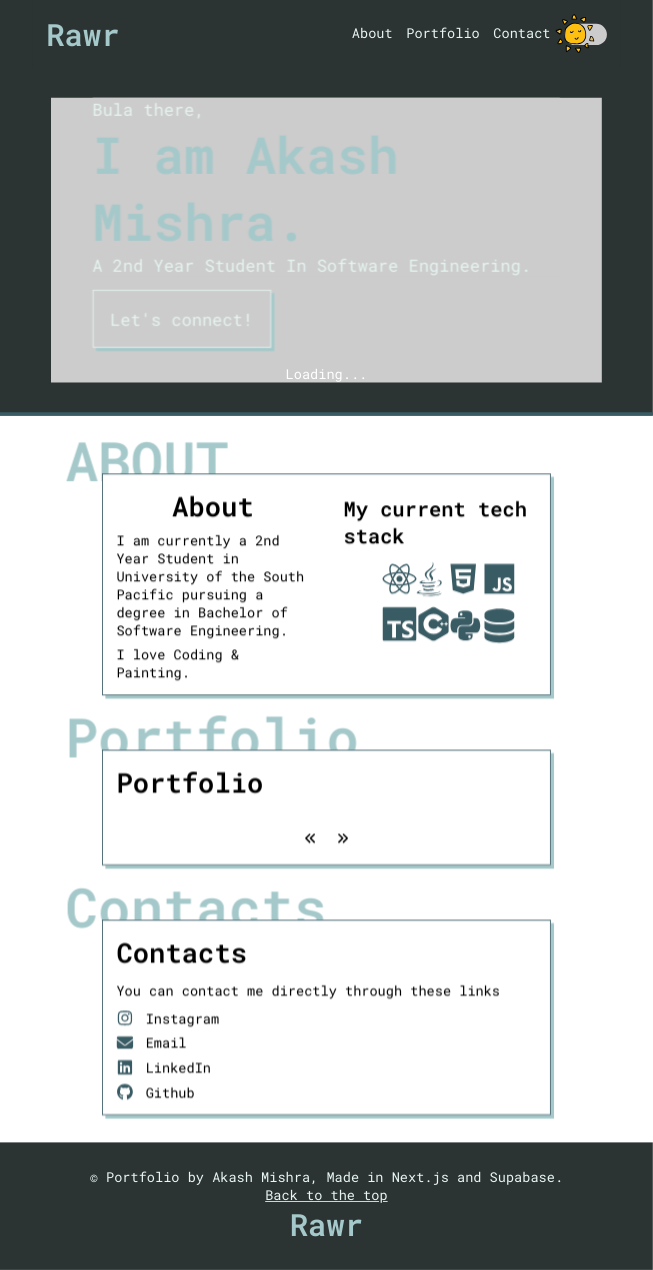
Repository: akashrawr/personal-portfolio
Page: /
An editor plug-in stored every save of this project. The page is shown before and after the next save, followed by the edit.
The browser window is 768 px wide. The pictures show the whole page, at 85% of full size.
The page's requests for data from a server got no answer. The project was rebuilt for these pictures with package versions that can differ from the ones it lists, and the page was loaded fresh each time. The framework's server and built-in components were replaced by stand-ins that run in the browser. No one was signed in, and anything a server would have sent is missing. Also part of the build but not shown: next.config.ts.

Above is the page before, as saved 2025-01-03 20:49:56.

After the next save:
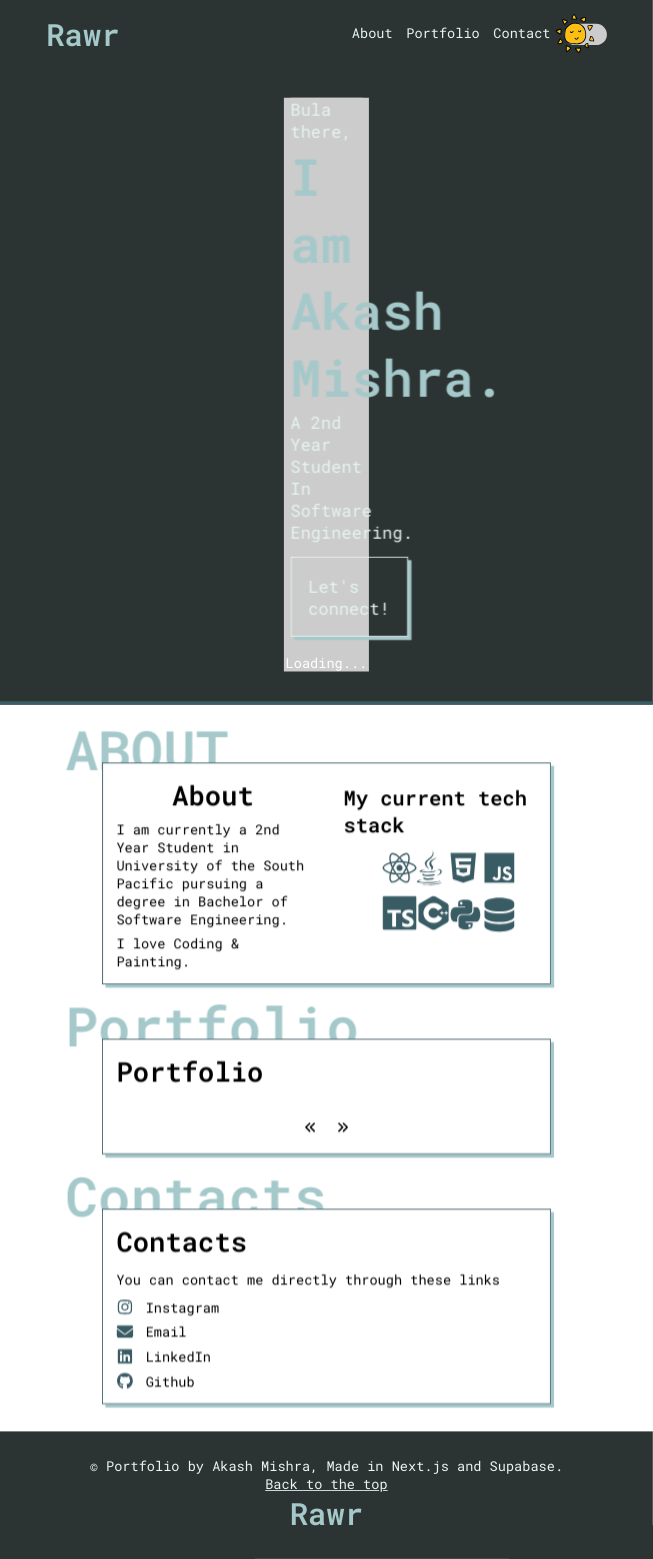
Saved 10 s later.
--- a/app/globals.css
+++ b/app/globals.css
@@ -304,7 +304,7 @@ color:white;
     flex-direction: column;
     background-color:#ccc;
     padding: 0;
-    width: auto;
+    width: 100px;
     gap: 0;
     margin: 0 auto; /* Optional: Center the container */
   }
